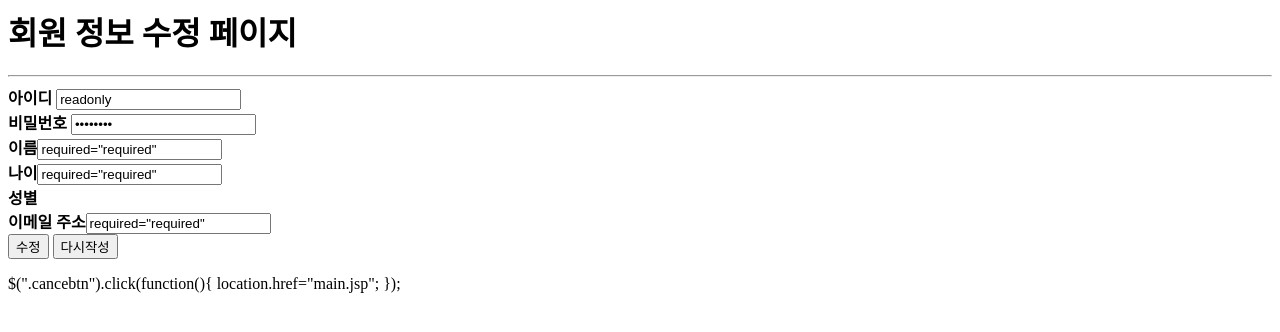
Repository: rumor1993/KH1
Page: http://localhost/Board/member/update.jsp
The author's editor kept a copy of each file at every save. The page is drawn from the files as they stood at one save, then again after the next save.
The browser window is 1280 px wide. The pictures show the whole page.
The page is served by Tomcat 9.

Above is the page before, as saved 2018-05-08 07:13:34.

After the next save:
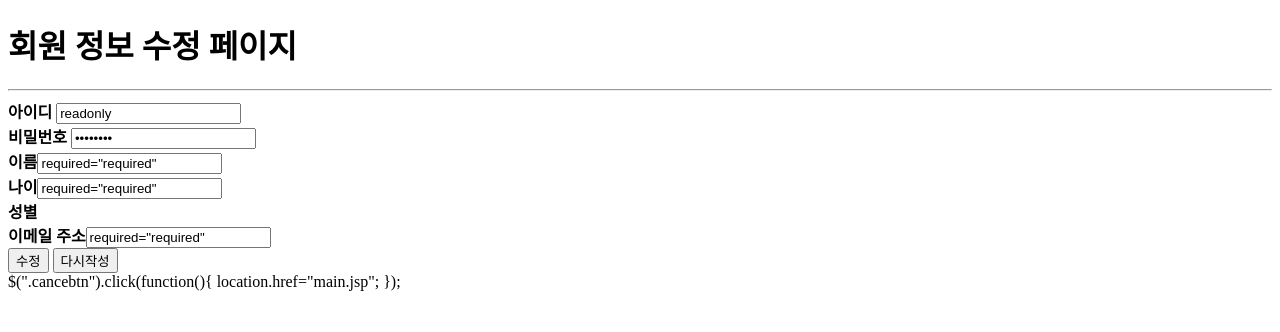
Saved 7 s later.
--- a/Board/WebContent/member/update.jsp
+++ b/Board/WebContent/member/update.jsp
@@ -5,7 +5,6 @@
 <%@ page import = "javax.sql.*" %>
 <%@ page import = "javax.naming.*" %>
 
-	<script src = "http://code.jquery.com/jquery-3.3.1.js"></script>
 <%@ taglib prefix="c"
 	uri="http://java.sun.com/jsp/jstl/core" %>
 <!DOCTYPE html>
@@ -16,6 +15,7 @@
 	request.setCharacterEncoding("euc-kr");
 %>
 
+	<script src = "http://code.jquery.com/jquery-3.3.1.js"></script>
 <c:set var="m" value="${Memeberinfo }"/>
 </head>
 	<body>
